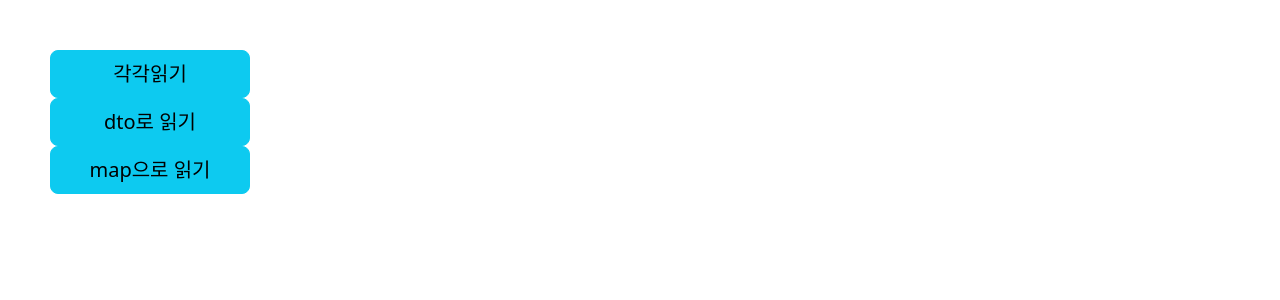
Repository: UZCHA/Sist0103Project
Page: http://localhost/SpringMvcFileUploadEx6/
These files come from the project's save history. The page is drawn as it stood at one moment and after the next save; the edit follows.
The browser window is 1280 px wide. The pictures show the whole page.
Some web fonts or font styles are not loaded; a fallback is used. The page is served by Tomcat 9. Other server files are loaded and not shown.

Above is the page before, as saved 2024-05-07 02:17:30.

### sts3work/SpringMvcFileUploadEx6/src/main/webapp/WEB-INF/day0507/menu.jsp
<%@ page language="java" contentType="text/html; charset=utf-8"
    pageEncoding="utf-8"%>
<%@ taglib prefix="c" uri="http://java.sun.com/jsp/jstl/core" %>
<%@ taglib prefix="fmt" uri="http://java.sun.com/jsp/jstl/fmt" %>
<!DOCTYPE html>
<html>
<head>
<meta charset="UTF-8">
<link href="https://cdn.jsdelivr.net/npm/bootstrap@5.3.2/dist/css/bootstrap.min.css" rel="stylesheet">
<link href="https://fonts.googleapis.com/css2?family=Dongle&family=Gaegu&family=Nanum+Pen+Script&family=Noto+Sans+KR:wght@100..900&family=Noto+Serif+KR&display=swap" rel="stylesheet">
<script src="https://code.jquery.com/jquery-3.7.0.js"></script>
<title>Insert title here</title>
</head>
<body>
<div style="margin: 50px 50px;">
	<button class="btn btn-info btn-lg" style="width: 200px;">각각읽기</button>
	<br>
	<button class="btn btn-info btn-lg" style="width: 200px;">dto로 읽기</button>
	<br>
	<button class="btn btn-info btn-lg" style="width: 200px;">map으로 읽기</button>
	<br>
</div>
</body>
</html>

After the next save:
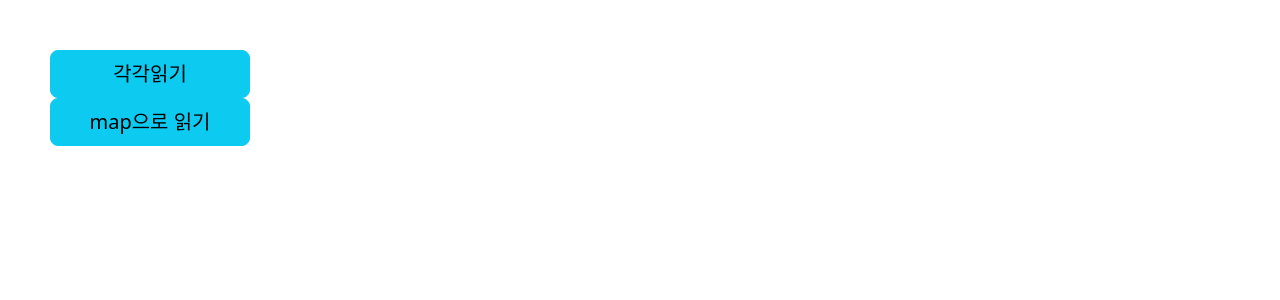
Console error (its wording comes from the project's code and is left out).
Saved 2 min 48 s later.
--- a/sts3work/SpringMvcFileUploadEx6/src/main/webapp/WEB-INF/day0507/menu.jsp
+++ b/sts3work/SpringMvcFileUploadEx6/src/main/webapp/WEB-INF/day0507/menu.jsp
@@ -13,9 +13,11 @@
 </head>
 <body>
 <div style="margin: 50px 50px;">
-	<button class="btn btn-info btn-lg" style="width: 200px;">각각읽기</button>
+	<button class="btn btn-info btn-lg" style="width: 200px;"
+	onclick="location.href='shop/form1'">각각읽기</button>
 	<br>
-	<button class="btn btn-info btn-lg" style="width: 200px;">dto로 읽기</button>
+	<button class="btn btn-info btn-lg" style="width: 200px;"
+	onclick="location.href='shop/form2'>dto로 읽기</button>
 	<br>
 	<button class="btn btn-info btn-lg" style="width: 200px;">map으로 읽기</button>
 	<br>

After the save that followed:
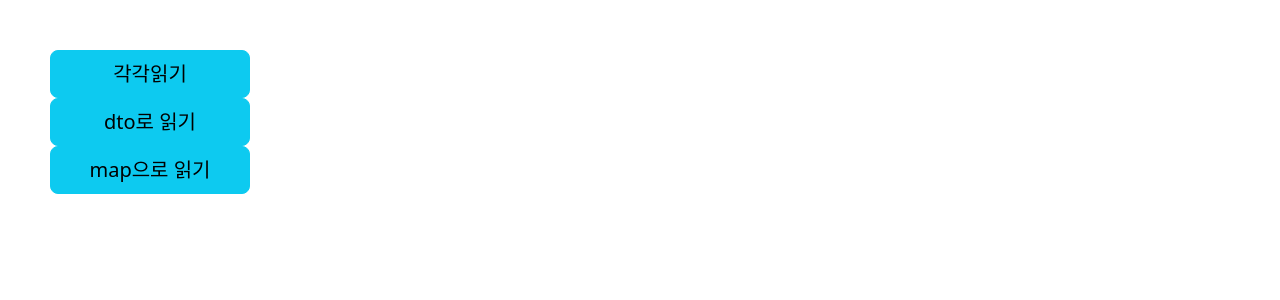
The error is gone.
Saved 8 s later.
--- a/sts3work/SpringMvcFileUploadEx6/src/main/webapp/WEB-INF/day0507/menu.jsp
+++ b/sts3work/SpringMvcFileUploadEx6/src/main/webapp/WEB-INF/day0507/menu.jsp
@@ -14,10 +14,9 @@
 <body>
 <div style="margin: 50px 50px;">
 	<button class="btn btn-info btn-lg" style="width: 200px;"
-	onclick="location.href='shop/form1'">각각읽기</button>
+	onclick="">각각읽기</button>
 	<br>
-	<button class="btn btn-info btn-lg" style="width: 200px;"
-	onclick="location.href='shop/form2'>dto로 읽기</button>
+	<button class="btn btn-info btn-lg" style="width: 200px;">dto로 읽기</button>
 	<br>
 	<button class="btn btn-info btn-lg" style="width: 200px;">map으로 읽기</button>
 	<br>
